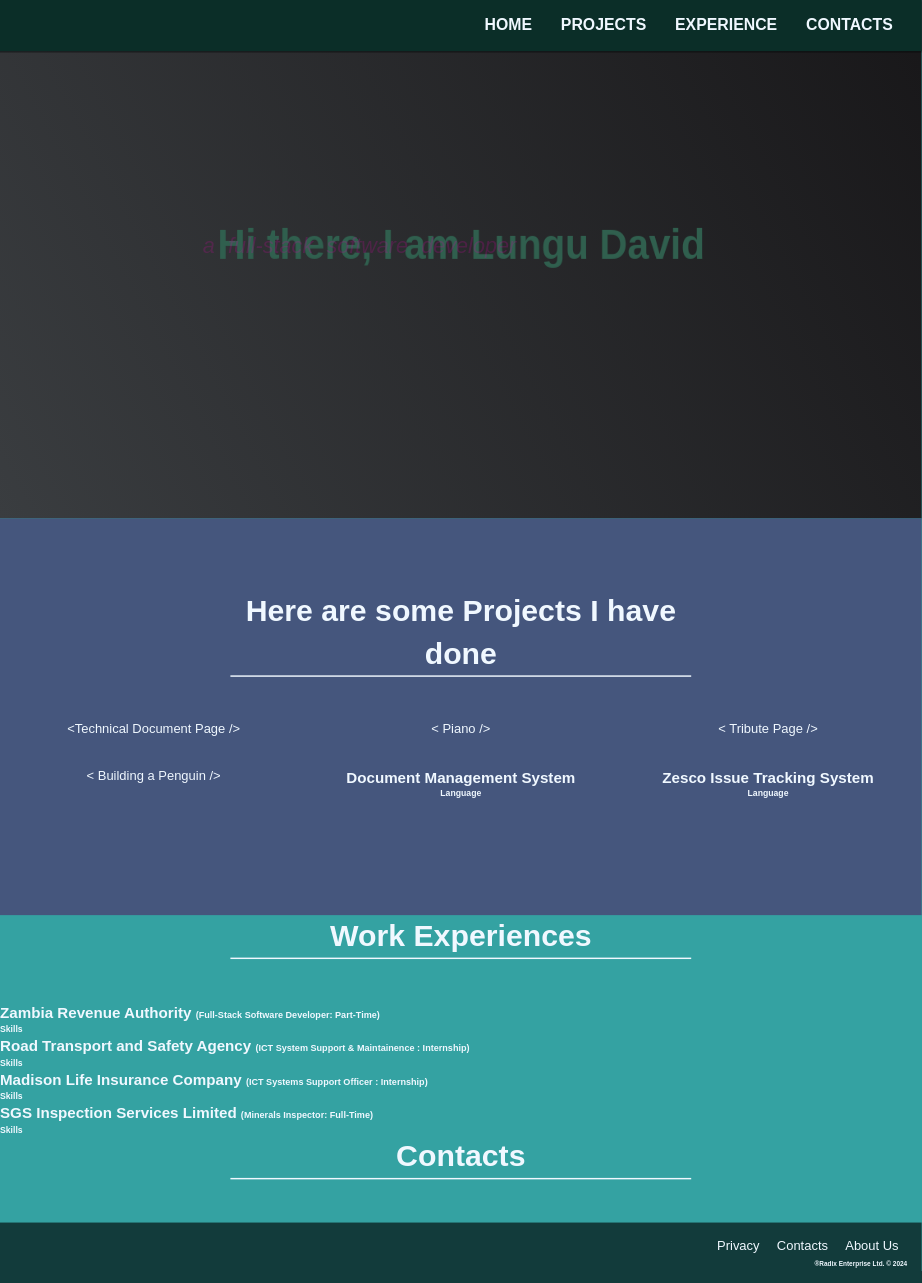
Repository: Lungdjos/personal_portifolio
Page: html/index.html
These files come from the project's save history. The page is drawn as it stood at one moment and after the next save; the edit follows.
The browser window is 1280 px wide. The pictures show the whole page, at 72% of full size.

Above is the page before, as saved 2024-02-04 00:10:05.

After the next save:
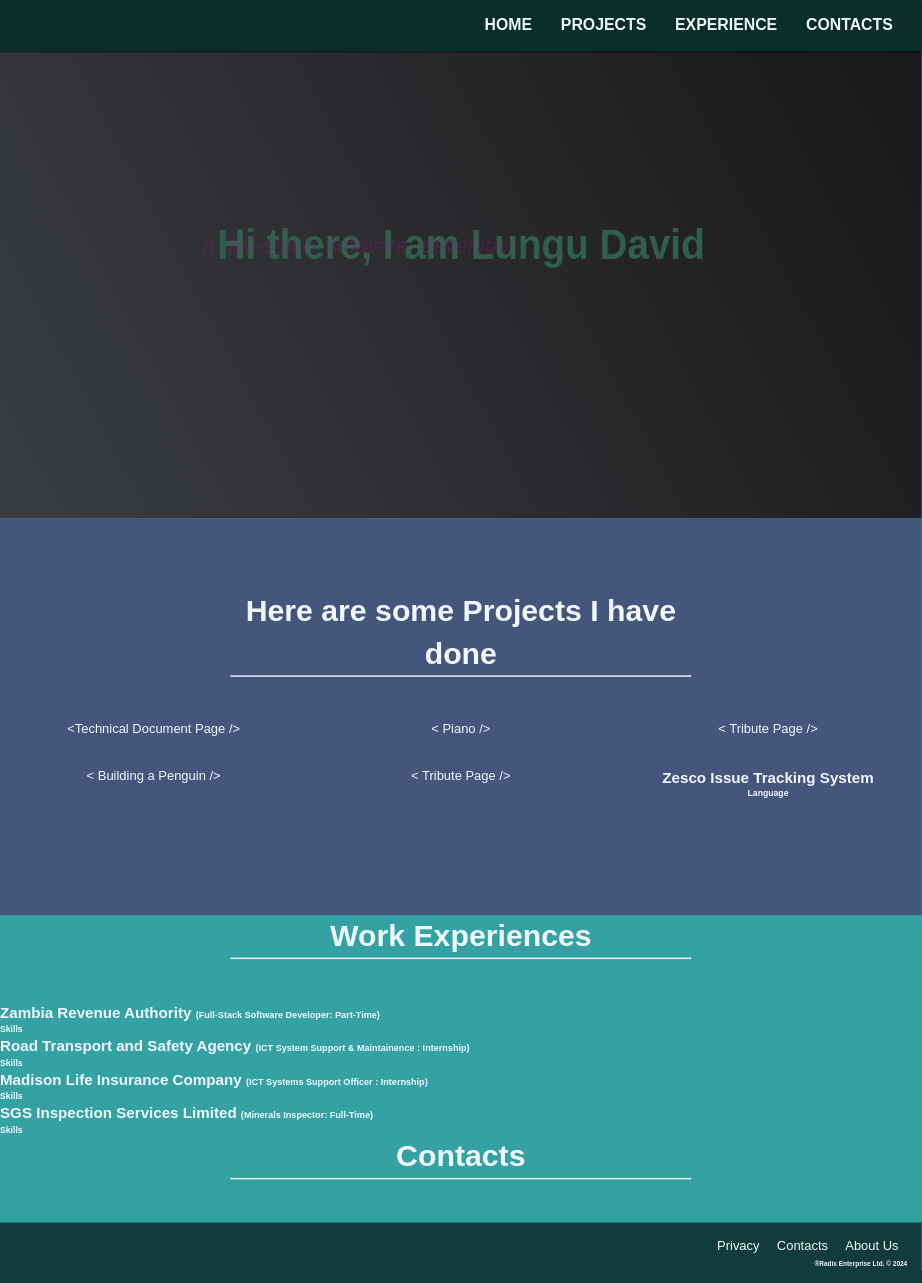
Saved 32 s later.
--- a/html/index.html
+++ b/html/index.html
@@ -68,15 +68,10 @@
                 </a>
 
                 <a href="" target="_blank" class="project project-title">
-                    <div class="projects">
-                        <h3 class="project-title">Document Management System</h3>
-                        <h6 class="language">Language</h6>
-                        <p>
-                            <ul>
-                                <li></li>
-                            </ul>
-                        </p>
-                    </div>
+                    <p class="project-title">
+                        <span class="code">&lt;</span> Tribute Page
+                        <span class="code">/&gt;</span>
+                    </p>
                 </a>
 
                 <a href="" target="_blank" class="project project-title">
